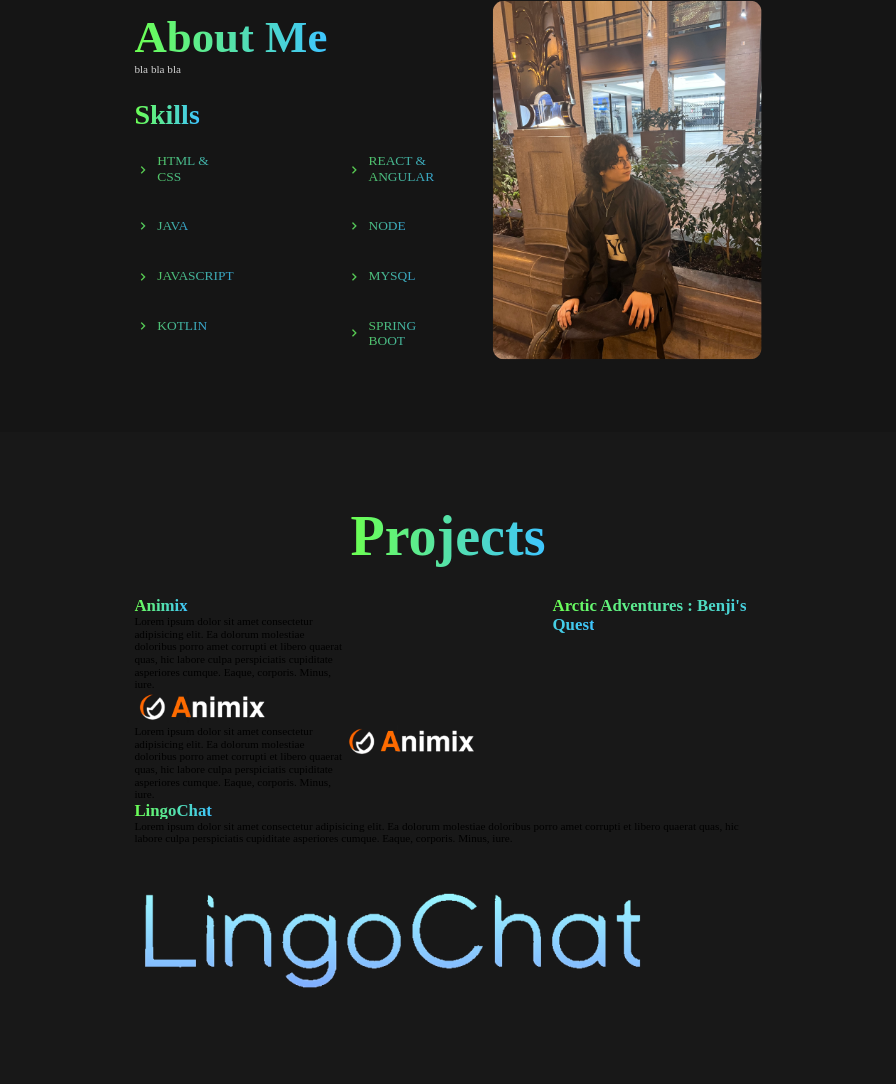
Repository: taousdjellaoui/portfolio-
Page: portfolio/index.html
These files come from the project's save history. The page is drawn as it stood at one moment and after the next save; the edit follows.
The browser window is 1280 px wide. The pictures show the part of the page from y = 823 to 2743 px (the page is 2371 px tall before and 2743 px after), at 70% of full size.

Above is the page before, as saved 2024-09-24 13:27:02.

After the next save:
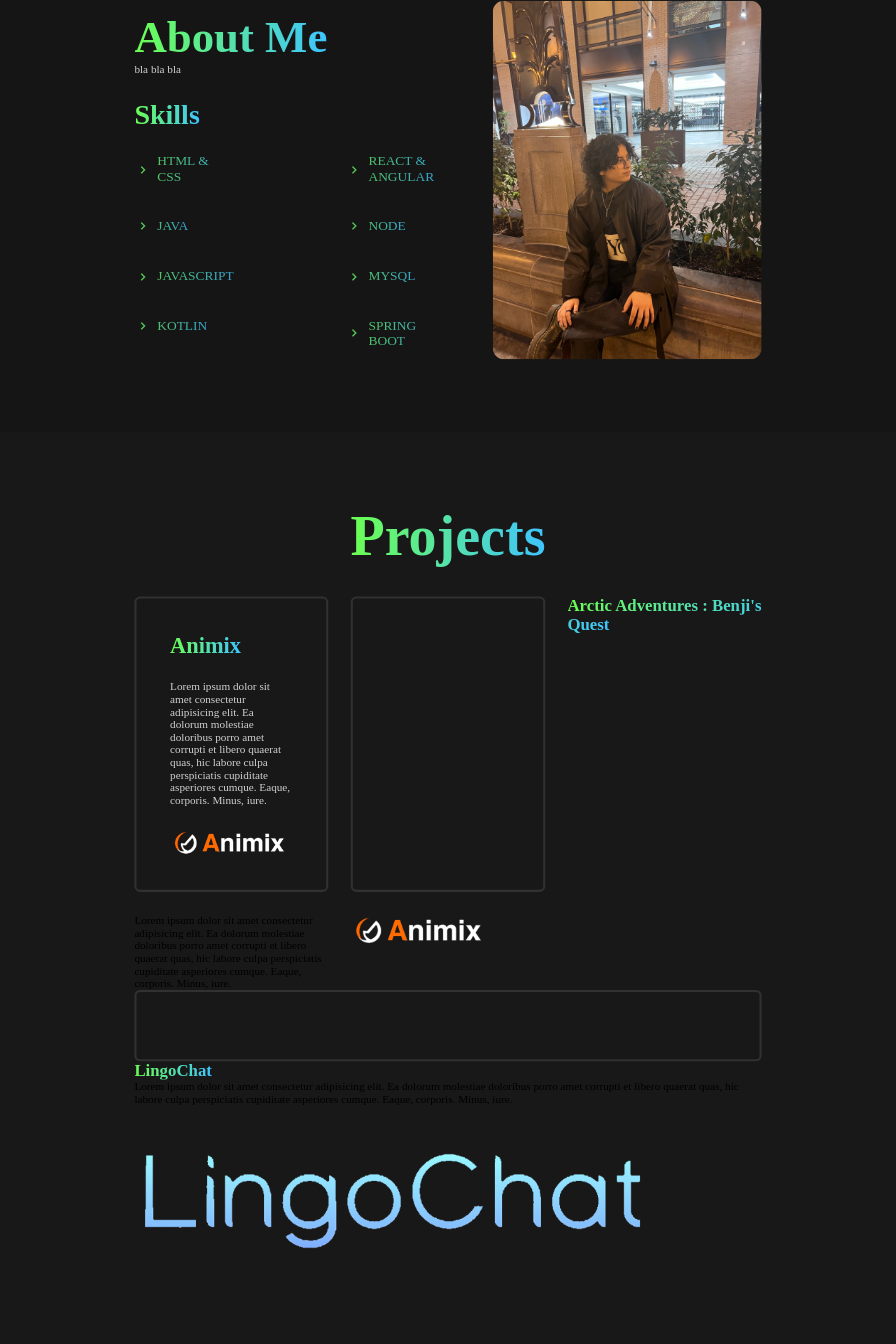
Saved 4 min 48 s later.
--- a/portfolio/style.css
+++ b/portfolio/style.css
@@ -208,5 +208,32 @@ opacity:0.8;
 .projects-container{
   display:grid;
   grid-template-columns: repeat(auto-fit,minmax(250px,1fr));
-
-}
+  gap:2em;
+}
+.box{
+  border:3px solid rgb(49, 49, 49);
+border-radius: 0.5em;
+display: flex;
+flex-direction: column;
+justify-content: center;
+overflow: hidden;
+object-fit: cover;
+padding:3em ;
+gap: 2em;
+color:white;
+cursor:pointer;
+transition:0.3s ease-in-out;
+}
+.box:hover{
+  border: 3px solid rgb(100,100,100);
+}
+.box p{
+  opacity:0.8;
+}
+.box h1{
+  font-size: 2em;
+}
+.box img{
+ min-width:25px;
+ border-radius:0.5em;
+}
